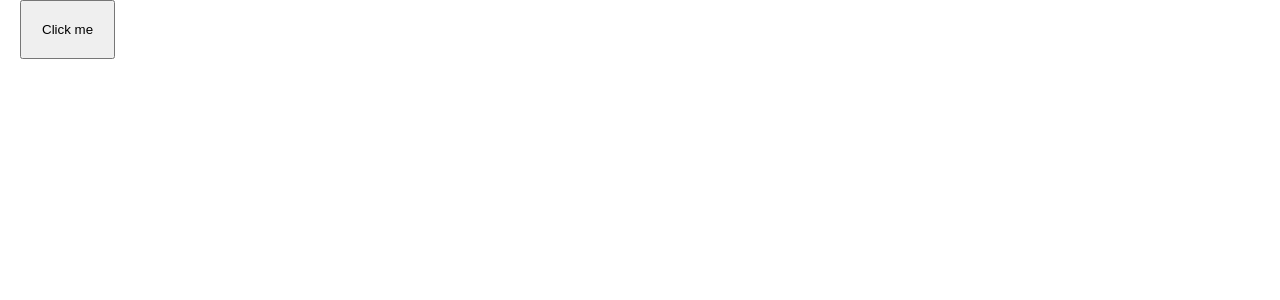
Repository: codysun1912/code
Page: / (app in react-webpack/tiktok/)
The author's editor kept a copy of each file at every save. The page is drawn from the files as they stood at one save, then again after the next save.
The browser window is 1280 px wide. The pictures show the whole page.
The project was rebuilt for these pictures with package versions that can differ from the ones it lists, and the page was loaded fresh each time.

Above is the page before, as saved 2022-03-18 13:53:08.

After the next save:
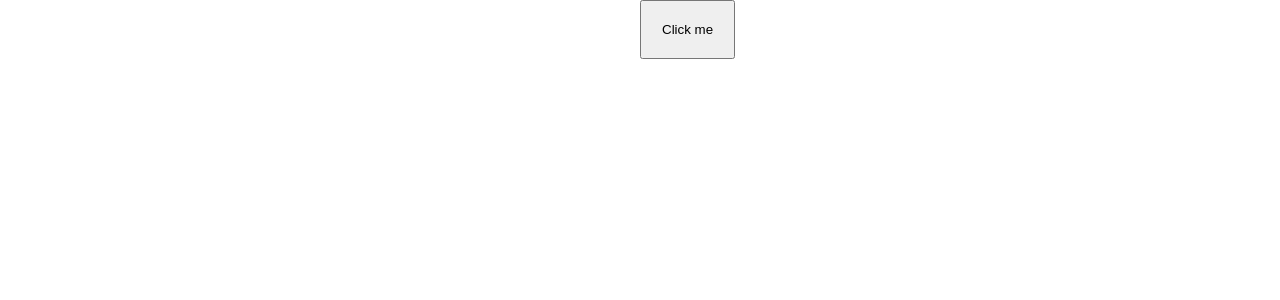
Saved 9 s later.
--- a/react-webpack/tiktok/src/components/Button.module.css
+++ b/react-webpack/tiktok/src/components/Button.module.css
@@ -1,6 +1,6 @@
 .btn{
     padding: 20px;
-    margin-left: 20px;
+    margin-left: 50%;
 }
 .primary{
     background-color: #fff;
